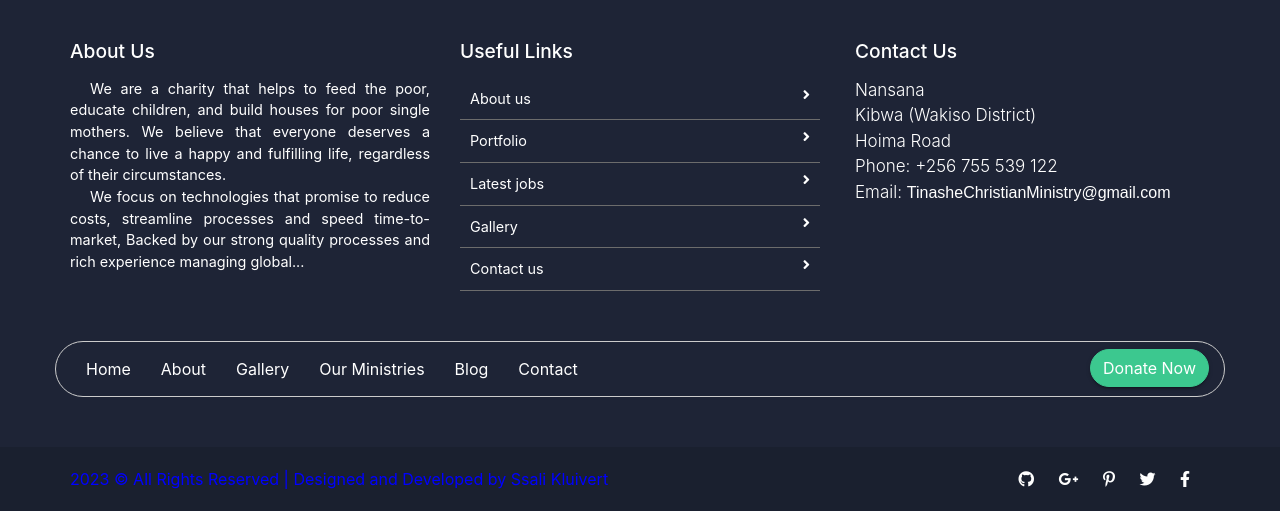
Repository: kluivert-ssali/Zziwa
Page: about_us.html
The author's editor kept a copy of each file at every save. The page is drawn from the files as they stood at one save, then again after the next save.
The browser window is 1280 px wide. The pictures show the part of the page from y = 1556 to 2067 px (the page is 2067 px tall).
A picture or video elsewhere on the page could not be fetched, so the positions and the page height are approximate.

Above is the page before, as saved 2023-11-24 22:44:26.

### about_us.html
<!doctype html>
<html lang="en">

<head>
    <meta charset="utf-8">
    <link
    rel="shortcut icon"
    type="x-icon"
    sizes="64x64"
    href="./Logo/ziwaWEB2.0.svg"
  />
    <meta name="viewport" content="width=device-width, initial-scale=1, shrink-to-fit=no">
    <title>TinasheChristianMinistry</title>
    <link rel="shortcut icon" href="assets/images/fav.png" type="image/x-icon">
   <link href="https://fonts.googleapis.com/css2?family=Ubuntu:wght@400;500&display=swap" rel="stylesheet">
    <link rel="shortcut icon" href="assets/images/fav.jpg">
    <link rel="stylesheet" href="assets/css/bootstrap.min.css">
    <link rel="stylesheet" href="assets/css/all.min.css">
    <link rel="stylesheet" href="assets/css/animate.css">
    <link rel="stylesheet" href="assets/plugins/slider/css/owl.carousel.min.css">
    <link rel="stylesheet" href="assets/plugins/slider/css/owl.theme.default.css">
    <link rel="stylesheet" type="text/css" href="assets/css/style.css" />
</head>

<body>

<header class="continer-fluid ">
    <div  class="header-top">
        <div class="container">
            <div class="row col-det">
                <div class="col-lg-6 d-none d-lg-block">
                    <ul class="ulleft">
                        <li>
                            <i class="far fa-envelope"></i>
                            TinasheChristianMinistry@gmail.com
                            <span>|</span></li>
                        <li>
                            <i class="fas fa-phone-volume"></i>
                            +256 755 539 122</li>
                    </ul>
                </div>
                <div class="col-lg-3 col-md-6 folouws">

                    <ul class="ulright">
                       <li> <small>Folow Us </small>:</li>
                        <li>
                            <i class="fab fa-facebook-square"></i>
                        </li>
                        <li>
                            <i class="fab fa-twitter-square"></i>
                        </li>
                        <li>
                            <i class="fab fa-instagram"></i>
                        </li>
                        <li>
                            <i class="fab fa-linkedin"></i>
                        </li>
                    </ul>
                </div>
                <div class="col-lg-3 d-none d-md-block col-md-6 btn-bhed">
                    <button class="btn btn-sm btn-success"> <a
                        href="https://flutterwave.com/donate/cqvprj4q11oa"
                        target="_blank"
                        >Donate</a
                      ></button>
                </div>
            </div>
        </div>
    </div>
    <div id="menu-jk" class="header-bottom">
        <div class="container">
            <div class="row nav-row">
                <div class="col-lg-3 col-md-12 logo">
                    <a href="index.html">
                        <img src="assets/images/TCM.png" alt="">
                        <a data-toggle="collapse" data-target="#menu" href="#menu"><i class="fas d-block d-lg-none  small-menu fa-bars"></i></a>
                    </a>

                </div>
                <div id="menu" class="col-lg-9 col-md-12 d-none d-lg-block nav-col">

                            <ul class="navbad">
                                <li class="nav-item active">
                                    <a class="nav-link" href="index.html">Home
                                    </a>
                                </li>
                                <li class="nav-item">
                                    <a class="nav-link" href="about_us.html">About Us</a>
                                </li>
                                <li class="nav-item">
                                    <a class="nav-link" href="services.html">Our Ministries</a>
                                </li>

                                <li class="nav-item">
                                    <a class="nav-link" href="gallery.html">Gallery</a>
                                </li>

                                <li class="nav-item">
                                    <a class="nav-link" href="blog.html">Blog</a>
                                </li>
                                <li class="nav-item">
                                    <a class="nav-link" href="contact_us.html">Contact US</a>
                                </li>




                            </ul>


                </div>
            </div>
        </div>
    </div>
</header>

  <!--  ************************* Page Title Starts Here ************************** -->




     <!--  ************************* About Us Starts Here ************************** -->

<div class="about-us container-fluid">
    <div class="container">

        <div class="row natur-row no-margin w-100">
            <div class="text-part col-md-6">
                <h2>About Our Charity</h2>
                We are a charity that helps to feed the poor, educate children, and build houses for poor single mothers. We believe that everyone deserves a chance to live a happy and fulfilling life, regardless of their circumstances. </p>
                <p> We work with communities in need to identify their most pressing needs. Once we have a good understanding of the situation, we develop programs and initiatives to address those needs.</p>

                <p>Our food programs provide meals to people who would otherwise go hungry. We also provide education programs to help children get the education they need to succeed in life. And, we build houses for poor single mothers to give them a safe and stable place to live.

                    We are committed to making a difference in the lives of the people we serve. We believe that everyone has the potential to reach their full potential, and we are here to help them achieve their goals. </p>
            </div>
            <div class="image-part col-md-6">
                <div class="about-quick-box row">
                    <div class="col-md-6">
                        <div class="about-qcard">
                           <i class="fas fa-user"></i>
                            <p>Becom a Volunteer</p>
                        </div>
                    </div>
                     <div class="col-md-6">
                        <div class="about-qcard ">
                           <i class="fas fa-search-dollar red"></i>
                            <p>Quick Fundrais</p>
                        </div>
                    </div>
                     <div class="col-md-6">
                        <div class="about-qcard ">
                           <i class="fas fa-donate yell"></i>
                            <p>Giv Donation</p>
                        </div>
                    </div>
                     <div class="col-md-6">
                        <div class="about-qcard ">
                           <i class="fas fa-hands-helping blu"></i>
                            <p>Help Someone</p>
                        </div>
                    </div>
                </div>
            </div>
        </div>
    </div>
</div>



 <!-- ################# Mission Vision Start Here #######################--->

  <section class="container-fluid mission-vision">
      <div class="container">
          <div class="row mission">
              <div class="col-md-6 mv-det">
                  <h1>Our Mission</h1>
                  <p>Our mission is to provide food, education, and shelter to those in need. We believe that everyone deserves a chance to live a happy and fulfilling life, regardless of their circumstances.</p>
              </div>
              <div class="col-md-6 mv-img">
                  <img src="assets/images/misin.jpg" alt="">
              </div>
          </div>
          <div class="row vision">
              <div class="col-md-6 mv-img">
                   <img src="assets/images/vision.jpg" alt="">
              </div>
              <div class="col-md-6 mv-det">
                   <h1>Our Vision</h1>
                   <p>Compassion: We care deeply about the people we serve, and we are committed to making a difference in their lives.
                    Respect: We treat everyone with dignity and respect, regardless of their background or circumstances.
                    Excellence: We strive to provide the best possible services to our clients.
                    Accountability: We are accountable to our donors and to the communities we serve.</p>
              </div>
          </div>
      </div>
  </section>



  <!--  ************************* Footer Starts Here ************************** -->

      <footer class="footer">
        <div class="container">
            <div class="row">
                <div class="col-md-4 col-sm-12">
                    <h2>About Us</h2>
                    <p>
                        We are a charity that helps to feed the poor, educate children, and build houses for poor single mothers. We believe that everyone deserves a chance to live a happy and fulfilling life, regardless of their circumstances.
                    </p>
                    <p>We focus on technologies that promise to reduce costs, streamline processes and speed time-to-market, Backed by our strong quality processes and rich experience managing global... </p>
                </div>
                <div class="col-md-4 col-sm-12">
                    <h2>Useful Links</h2>
                    <ul class="list-unstyled link-list">
                        <li><a ui-sref="about" href="#/about">About us</a><i class="fa fa-angle-right"></i></li>
                        <li><a ui-sref="portfolio" href="#/portfolio">Portfolio</a><i class="fa fa-angle-right"></i></li>
                        <li><a ui-sref="products" href="#/products">Latest jobs</a><i class="fa fa-angle-right"></i></li>
                        <li><a ui-sref="gallery" href="#/gallery">Gallery</a><i class="fa fa-angle-right"></i></li>
                        <li><a ui-sref="contact" href="#/contact">Contact us</a><i class="fa fa-angle-right"></i></li>
                    </ul>
                </div>
                <div class="col-md-4 col-sm-12 map-img">
                    <h2>Contact Us</h2>
                    <address class="md-margin-bottom-40">
                        Nansana <br>
                        Kibwa (Wakiso District) <br>
                        Hoima Road <br>
                        Phone: +256 755 539 122 <br>
                        Email: <a href="TinasheChristianMinistry@gmail.com " class="">TinasheChristianMinistry@gmail.com </a><br>
                    </address>

                </div>
            </div>


            <div class="nav-box row clearfix">
                <div class="inner col-md-9 clearfix">
                    <ul class="footer-nav clearfix">
                        <li><a href="#">Home</a></li>
                        <li><a href="#">About</a></li>
                        <li><a href="#">Gallery</a></li>
                        <li><a href="#">Our Ministries</a></li>
                        <li><a href="#">Blog</a></li>
                        <li><a href="#">Contact</a></li>
                    </ul>


                </div>
                  <div class="donate-link col-md-3"><a href="https://flutterwave.com/donate/cqvprj4q11oa" target="_blank" class="btn btn-primary "><span class="btn-title">Donate Now</span></a></div>
            </div>

        </div>


    </footer>
    <div class="copy">
        <div class="container">
            <a href="https://kluivertssali.netlify.app" target="_blank" style="color: blue;">2023 &copy; All Rights Reserved | Designed and Developed by Ssali Kluivert</a>

            <span>
            <a><i class="fab fa-github"></i></a>
            <a><i class="fab fa-google-plus-g"></i></a>
            <a><i class="fab fa-pinterest-p"></i></a>
            <a><i class="fab fa-twitter"></i></a>
            <a><i class="fab fa-facebook-f"></i></a>
    </span>
        </div>

    </div>


</body>

<script src="assets/js/jquery-3.2.1.min.js"></script>
<script src="assets/js/popper.min.js"></script>
<script src="assets/js/bootstrap.min.js"></script>
<script src="assets/plugins/scroll-fixed/jquery-scrolltofixed-min.js"></script>
<script src="assets/plugins/slider/js/owl.carousel.min.js"></script>
<script src="assets/js/script.js"></script>

</html>

Loaded but not shown: assets/css/bootstrap.min.css (library); assets/css/all.min.css (library); assets/css/animate.css (library); assets/plugins/slider/css/owl.carousel.min.css (library); assets/plugins/slider/css/owl.theme.default.css (common file); assets/js/jquery-3.2.1.min.js (library); assets/js/popper.min.js (library); assets/js/bootstrap.min.js (library); assets/plugins/scroll-fixed/jquery-scrolltofixed-min.js (library); assets/plugins/slider/js/owl.carousel.min.js (library); assets/js/script.js (69 lines, source omitted); assets/css/style.css (795 lines, source omitted)

After the next save:
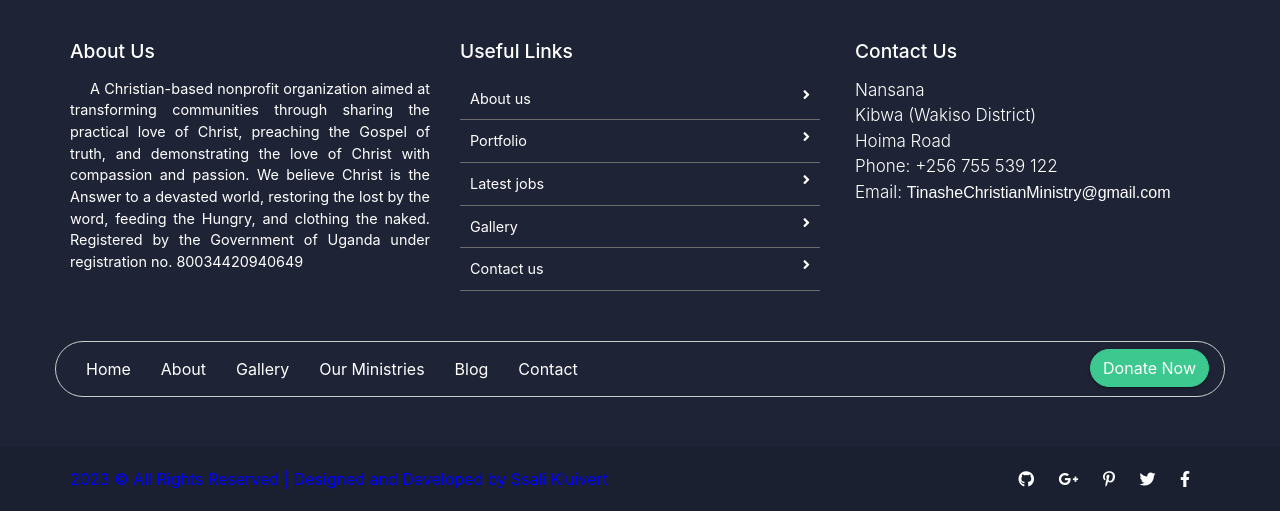
Saved 2 min 6 s later.
--- a/about_us.html
+++ b/about_us.html
@@ -206,9 +206,8 @@
                 <div class="col-md-4 col-sm-12">
                     <h2>About Us</h2>
                     <p>
-                        We are a charity that helps to feed the poor, educate children, and build houses for poor single mothers. We believe that everyone deserves a chance to live a happy and fulfilling life, regardless of their circumstances.
+                        A Christian-based nonprofit organization aimed at transforming communities through sharing the practical love of Christ, preaching the Gospel of truth, and demonstrating the love of Christ with compassion and passion. We believe Christ is the Answer to a devasted world, restoring the lost by the word, feeding the Hungry, and clothing the naked. Registered by the Government of Uganda under registration no. 80034420940649
                     </p>
-                    <p>We focus on technologies that promise to reduce costs, streamline processes and speed time-to-market, Backed by our strong quality processes and rich experience managing global... </p>
                 </div>
                 <div class="col-md-4 col-sm-12">
                     <h2>Useful Links</h2>
